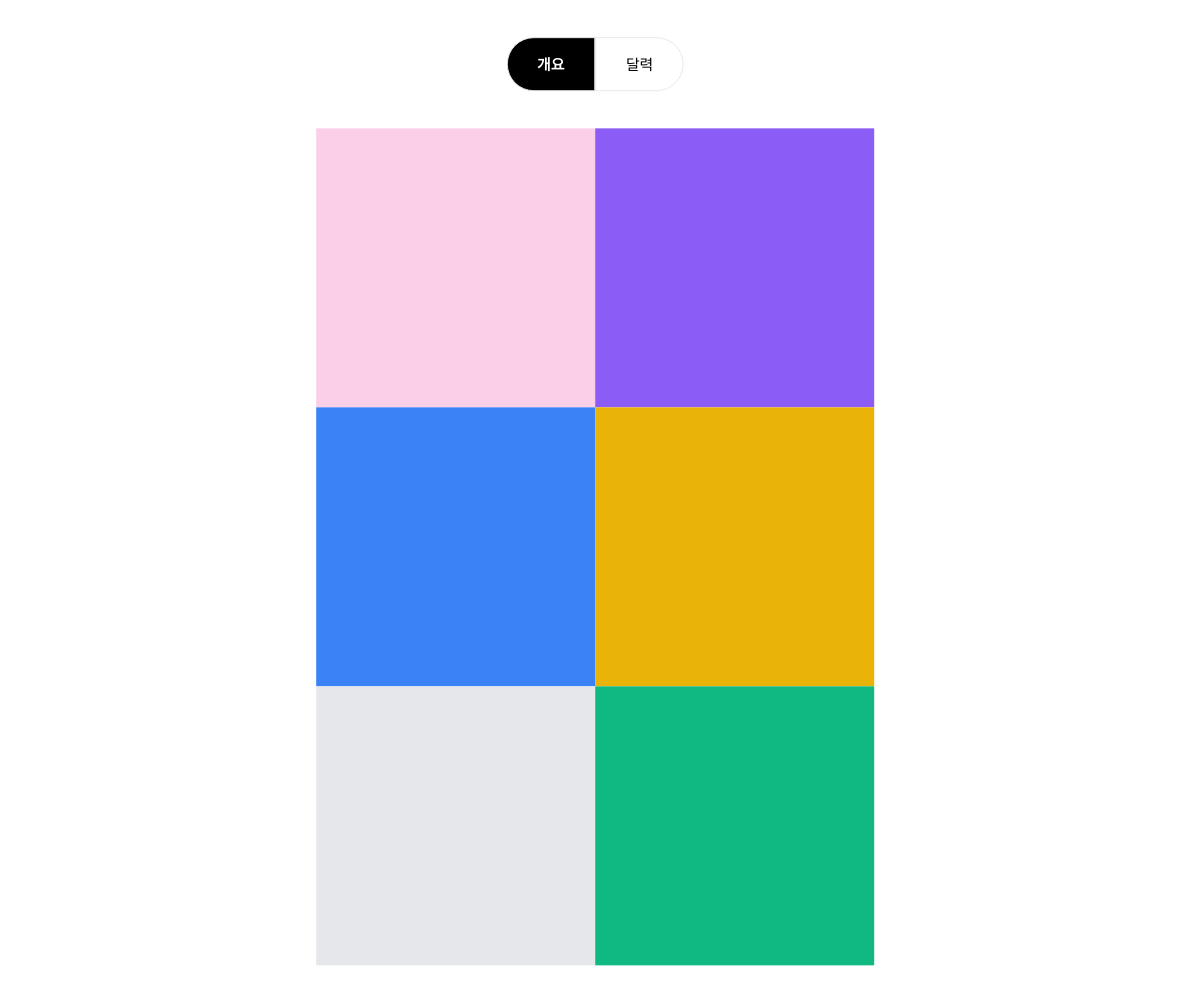
Repository: honey-punch/my-alcohol
Page: /
An editor plug-in stored every save of this project. The page is shown before and after the next save, followed by the edit.
The browser window is 1280 px wide. The pictures show the whole page, at 93% of full size.
The project was rebuilt for these pictures with package versions that can differ from the ones it lists, and the page was loaded fresh each time. The framework's server and built-in components were replaced by stand-ins that run in the browser. Also part of the build but not shown: next.config.ts, src/app/_component/Calendar.tsx.

Above is the page before, as saved 2025-02-10 15:46:48.

### src/app/page.tsx
"use client";

import { useState } from "react";
import Summary from "./_component/Summary";
import Calendar from "./_component/Calendar";

type ViewType = "summary" | "calendar";

export default function Home() {
  // useState
  const [viewType, setViewType] = useState<ViewType>("summary");

  // functions
  function handleChangeViewType() {
    if (viewType === "summary") {
      setViewType("calendar");
    } else {
      setViewType("summary");
    }
  }

  return (
    <div className="w-full flex flex-col items-center p-10 gap-10">
      <div onClick={handleChangeViewType} className="flex">
        <button
          className={`${
            viewType === "summary"
              ? "bg-black text-white font-black"
              : "hover:bg-black/20"
          } rounded-s-full border px-8 py-4 transition-colors`}
        >
          개요
        </button>
        <button
          className={`${
            viewType === "calendar"
              ? "bg-black text-white font-black"
              : "hover:bg-black/20"
          } rounded-e-full border px-8 py-4 transition-colors`}
        >
          달력
        </button>
      </div>
      {viewType === "summary" ? <Summary /> : <Calendar />}
    </div>
  );
}

### src/app/_component/Summary.tsx
const BOX_SIZE = 300;

export default function Summary() {
  const today = new Date();

  // TODO - DB에서 받아온 술마신 날들 중 가장 마지막 날
  const lastDay = new Date("2025-02-08T22:00:00");

  function getTimeDiff() {
    const diffMs = Math.abs(today.getTime() - lastDay.getTime());
    const hours = Math.floor(diffMs / (1000 * 60 * 60));
    const minutes = Math.floor((diffMs % (1000 * 60 * 60)) / (1000 * 60));

    return `${hours}시간 ${minutes}분`;
  }

  function getDayDiff() {
    const diffMs = Math.abs(today.getTime() - lastDay.getTime());
    const days = Math.floor(diffMs / (1000 * 60 * 60 * 24));

    return `${days}일 `;
  }

  console.log(getTimeDiff());
  console.log(getDayDiff());

  return (
    <div className="grid grid-cols-2">
      <div
        style={{ width: `${BOX_SIZE}px`, height: BOX_SIZE }}
        className="bg-pink-200 text-white"
      ></div>
      <div
        style={{ width: `${BOX_SIZE}px`, height: BOX_SIZE }}
        className="bg-violet-500 text-white"
      ></div>
      <div
        style={{ width: `${BOX_SIZE}px`, height: BOX_SIZE }}
        className="bg-blue-500 text-white"
      ></div>
      <div
        style={{ width: `${BOX_SIZE}px`, height: BOX_SIZE }}
        className="bg-yellow-500 text-white"
      ></div>
      <div
        style={{ width: `${BOX_SIZE}px`, height: BOX_SIZE }}
        className="bg-gray-200 text-white"
      ></div>
      <div
        style={{ width: `${BOX_SIZE}px`, height: BOX_SIZE }}
        className="bg-emerald-500 text-white"
      ></div>
    </div>
  );
}

Loaded but not shown: src/app/layout.tsx (common file); src/app/globals.css (common file); tailwind.config.ts (common file)

After the next save:
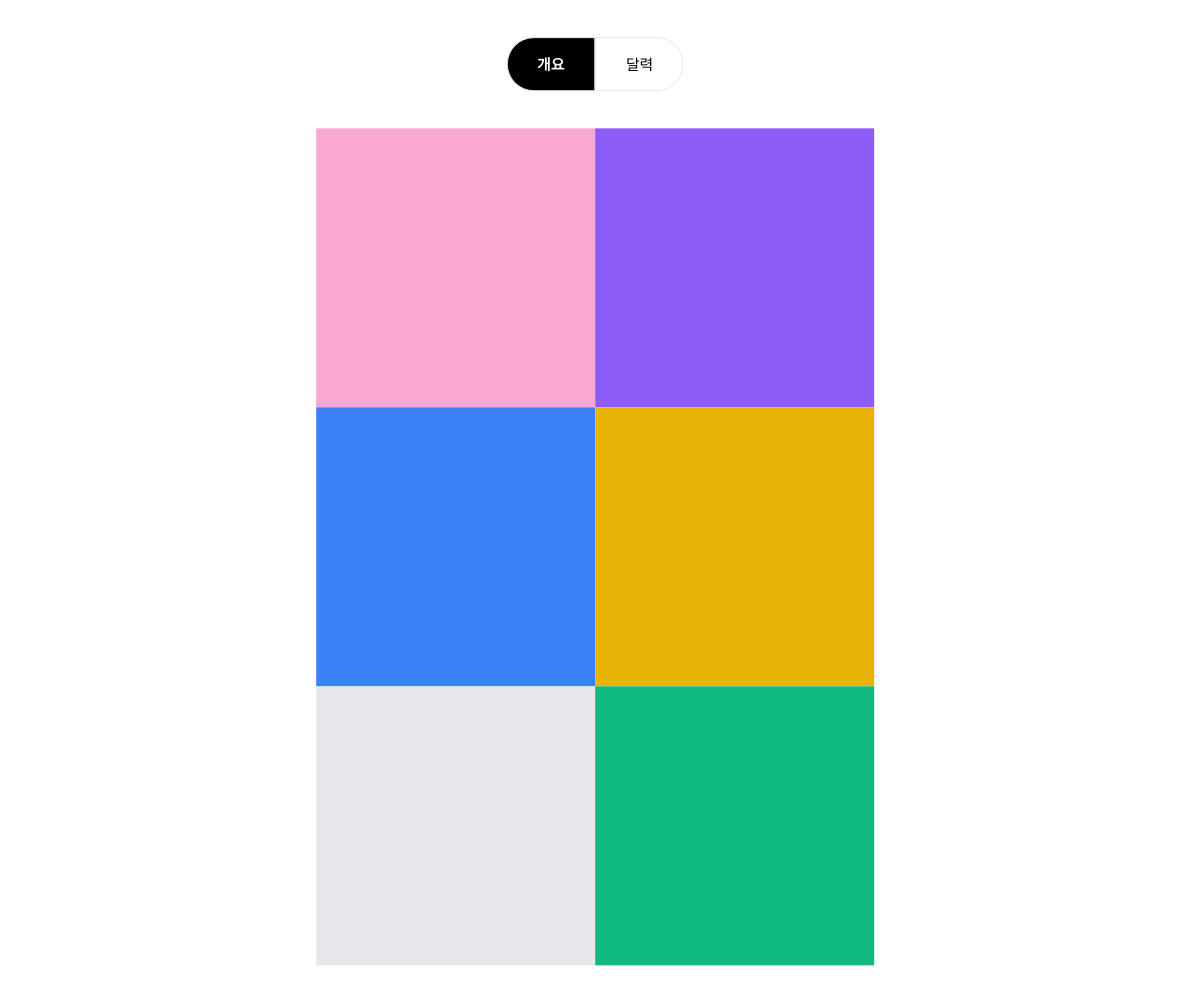
Saved 4 s later.
--- a/src/app/_component/Summary.tsx
+++ b/src/app/_component/Summary.tsx
@@ -28,7 +28,7 @@ export default function Summary() {
     <div className="grid grid-cols-2">
       <div
         style={{ width: `${BOX_SIZE}px`, height: BOX_SIZE }}
-        className="bg-pink-200 text-white"
+        className="bg-pink-300 text-white"
       ></div>
       <div
         style={{ width: `${BOX_SIZE}px`, height: BOX_SIZE }}
